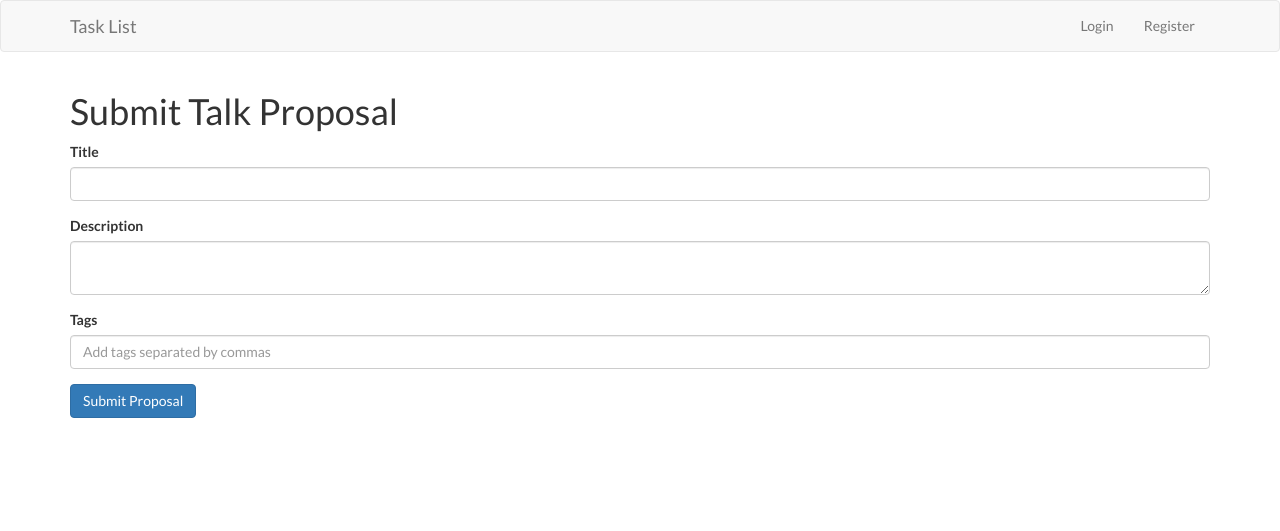
Repository: Sonu1707/event-management-system
Page: http://localhost/proposals/create
An editor plug-in stored every save of this project. The page is shown before and after the next save, followed by the edit.
The browser window is 1280 px wide. The pictures show the whole page.
Some web libraries are served in a nearby version. The page is served by the project's Laravel application, run on PHP 8.4 with Laravel 12. Other server files are loaded and not shown.

Above is the page before, as saved 2025-02-13 10:14:43.

### routes/web.php
<?php

use Illuminate\Support\Facades\Route;
use App\Http\Controllers\TalkProposalController;
use App\Http\Controllers\ReviewController;
use App\Http\Controllers\SpeakerController;
Route::get('/', function () {
    return view('welcome');
});
// Show the registration form
Route::get('/speaker/register', [SpeakerController::class, 'showRegistrationForm'])->name('speaker.register');

// Handle the registration request
Route::post('/speaker/register', [SpeakerController::class, 'register']);

// Public routes
Route::get('/speaker/login', [SpeakerController::class, 'showLoginForm'])->name('speaker.login');
Route::post('/speaker/login', [SpeakerController::class, 'login']);

Route::get('/proposals/create', [TalkProposalController::class, 'create'])->name('proposals.create');
Route::post('/proposals/store', [TalkProposalController::class, 'store'])->name('proposals.store');
Route::get('/proposals/dashboard', [TalkProposalController::class, 'dashboard'])->name('proposals.dashboard');
Route::post('/reviews/{talkProposalId}', [ReviewController::class, 'store'])->name('reviews.store');

### app/Http/Controllers/TalkProposalController.php
<?php
namespace App\Http\Controllers;

use App\Models\TalkProposal;
use Illuminate\Http\Request;

class TalkProposalController extends Controller
{
    public function create()
    {
        return view('proposals.create');
    }

    public function store(Request $request)
    {
        $request->validate([
            'title' => 'required',
            'description' => 'required',
            'file' => 'required|mimes:pdf|max:2048',
        ]);



        try {

            // Create a new talk proposal
            $talkProposal = TalkProposal::create([
                'title' => $request->title,
                'description' => $request->description,
                'speaker_id' => auth()->id(),
                'tags' => implode(',', $request->tags),
                'status' => 'submitted',
            ]);
            print_r($talkProposal);
            exit();

            // Redirect to the dashboard with a success message
            return redirect()->route('proposals.dashboard')->with('success', 'Proposal submitted successfully!');
        } catch (\Exception $e) {
            // Log the error message
         print_r('Error submitting proposal: ' . $e->getMessage());

            // Redirect back with an error message
            return redirect()->back()->withErrors(['error' => 'There was an error submitting your proposal. Please try again.']);
        }
    }

    public function dashboard()
    {
        $proposals = TalkProposal::with('speaker')->get();
        return view('proposals.dashboard', compact('proposals'));
    }
}

### resources/views/proposals/create.blade.php
@extends('layouts.app')

@section('content')
<div class="container">
    <h1>Submit Talk Proposal</h1>
    <form action="{{ route('proposals.store') }}" method="POST" enctype="multipart/form-data">
        @csrf
        <div class="form-group">
            <label for="title">Title</label>
            <input type="text" name="title" class="form-control" required>
        </div>
        <div class="form-group">
            <label for="description">Description</label>
            <textarea name="description" class="form-control" required></textarea>
        </div>
        <div class="form-group">
            <label for="tags">Tags</label>
            <input type="text" name="tags[]" class="form-control" placeholder="Add tags separated by commas">
        </div>

        <button type="submit" class="btn btn-primary">Submit Proposal</button>
    </form>
</div>
@endsection

### resources/views/layouts/app.blade.php
<!DOCTYPE html>
<html lang="en">
<head>
    <meta charset="utf-8">
    <meta http-equiv="X-UA-Compatible" content="IE=edge">
    <meta name="viewport" content="width=device-width, initial-scale=1">

    <title>Laravel Quickstart - Intermediate</title>

    <!-- Fonts -->
    <link href="https://cdnjs.cloudflare.com/ajax/libs/font-awesome/4.4.0/css/font-awesome.min.css" rel='stylesheet' type='text/css'>
    <link href="https://fonts.googleapis.com/css?family=Lato:100,300,400,700" rel='stylesheet' type='text/css'>

    <!-- Styles -->
    <link href="https://maxcdn.bootstrapcdn.com/bootstrap/3.3.6/css/bootstrap.min.css" rel="stylesheet">
    {{-- <link href="{{ elixir('css/app.css') }}" rel="stylesheet"> --}}

    <style>
        body {
            font-family: 'Lato';
        }

        .fa-btn {
            margin-right: 6px;
        }
    </style>
</head>
<body id="app-layout">
    <nav class="navbar navbar-default">
        <div class="container">
            <div class="navbar-header">

                <!-- Collapsed Hamburger -->
                <button type="button" class="navbar-toggle collapsed" data-toggle="collapse" data-target="#app-navbar-collapse">
                    <span class="sr-only">Toggle Navigation</span>
                    <span class="icon-bar"></span>
                    <span class="icon-bar"></span>
                    <span class="icon-bar"></span>
                </button>

                <!-- Branding Image -->
                <a class="navbar-brand" href="{{ url('/') }}">
                    Task List
                </a>
            </div>

            <div class="collapse navbar-collapse" id="app-navbar-collapse">
                <!-- Left Side Of Navbar -->
                <ul class="nav navbar-nav">
                </ul>

                <!-- Right Side Of Navbar -->
                <ul class="nav navbar-nav navbar-right">
                    <!-- Authentication Links -->
                    @if (Auth::guest())
                        <li><a href="{{ url('/login') }}">Login</a></li>
                        <li><a href="{{ url('/register') }}">Register</a></li>
                    @else
                        <li class="dropdown">
                            <a href="#" class="dropdown-toggle" data-toggle="dropdown" role="button" aria-expanded="false">
                                {{ Auth::user()->name }} <span class="caret"></span>
                            </a>

                            <ul class="dropdown-menu" role="menu">
                                <li><a href="{{ url('/logout') }}"><i class="fa fa-btn fa-sign-out"></i>Logout</a></li>
                            </ul>
                        </li>
                    @endif
                </ul>
            </div>
        </div>
    </nav>

    @yield('content')

    <!-- JavaScripts -->
    <script src="https://cdnjs.cloudflare.com/ajax/libs/jquery/2.1.4/jquery.min.js"></script>
    <script src="https://maxcdn.bootstrapcdn.com/bootstrap/3.3.6/js/bootstrap.min.js"></script>
    {{-- <script src="{{ elixir('js/app.js') }}"></script> --}}
</body>
</html>

Loaded but not shown: app/Http/Controllers/Controller.php (common file)

After the next save:
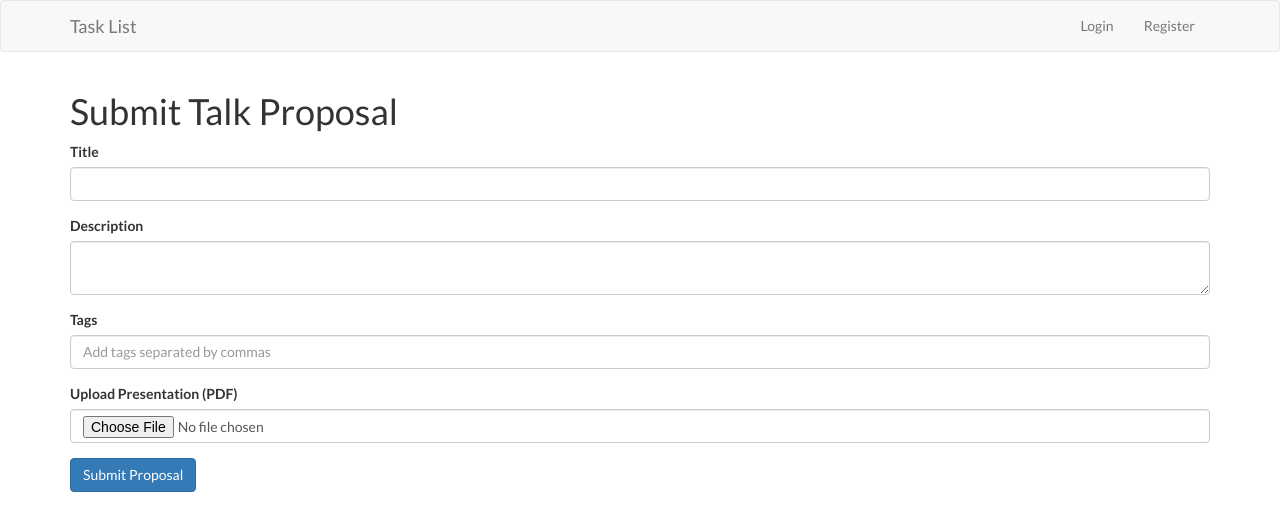
Saved 69 s later.
--- a/resources/views/proposals/create.blade.php
+++ b/resources/views/proposals/create.blade.php
@@ -17,7 +17,10 @@
             <label for="tags">Tags</label>
             <input type="text" name="tags[]" class="form-control" placeholder="Add tags separated by commas">
         </div>
-
+        <div class="form-group">
+            <label for="file">Upload Presentation (PDF)</label>
+            <input type="file" name="file" class="form-control" required>
+        </div>
         <button type="submit" class="btn btn-primary">Submit Proposal</button>
     </form>
 </div>
